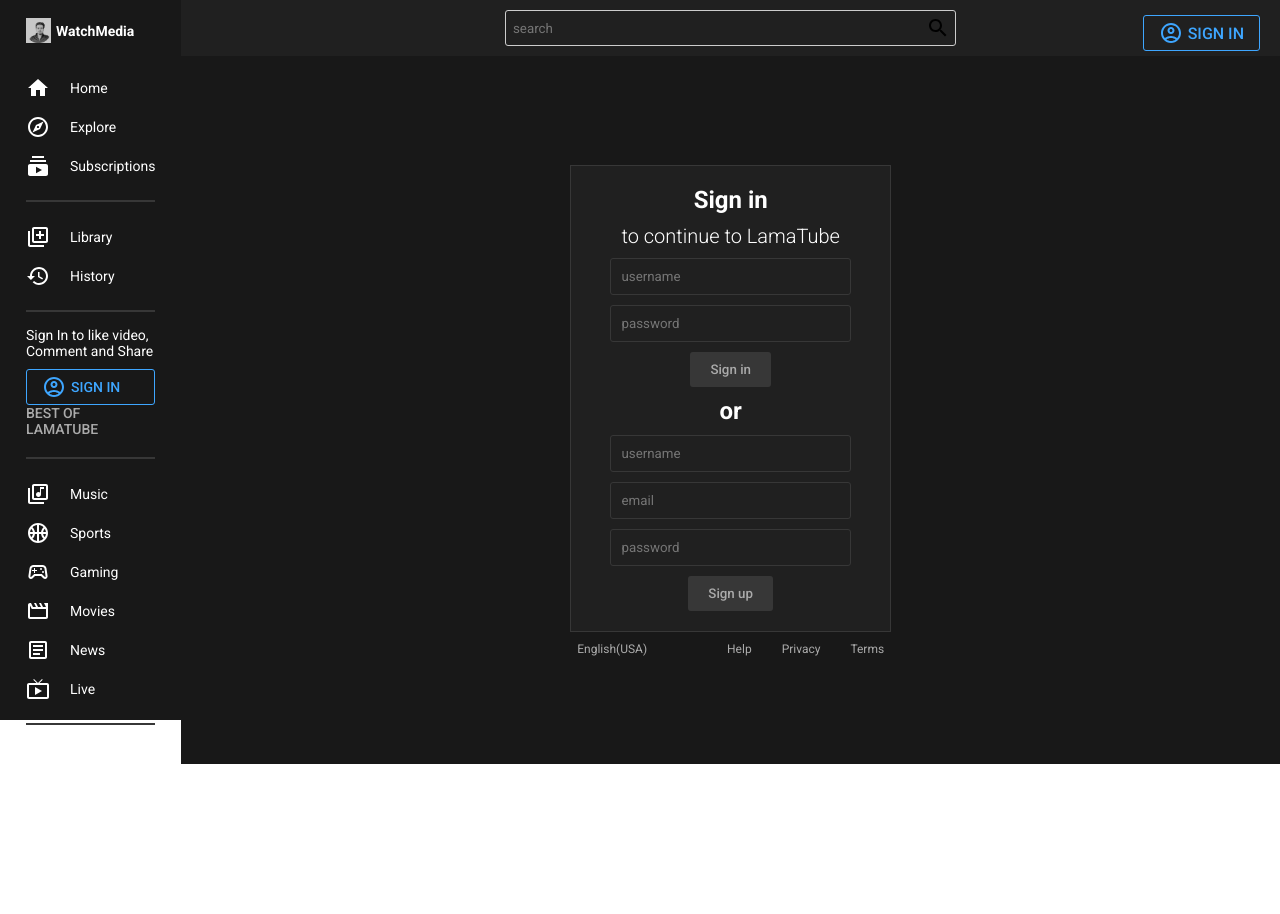
Repository: inzamamahmad3/final-year-project-skeleton
Page: /signin
These files come from the project's save history. The page is drawn as it stood at one moment and after the next save; the edit follows.
The browser window is 1280 px wide. The pictures show the whole page.
The project was rebuilt for these pictures with package versions that can differ from the ones it lists, and the page was loaded fresh each time. Also part of the build but not shown: src/components/Card.jsx, src/pages/Home.jsx, src/components/Comment.jsx, src/components/Comments.jsx, src/pages/Video.jsx.

Above is the page before, as saved 2023-07-21 23:56:42.

After the next save:
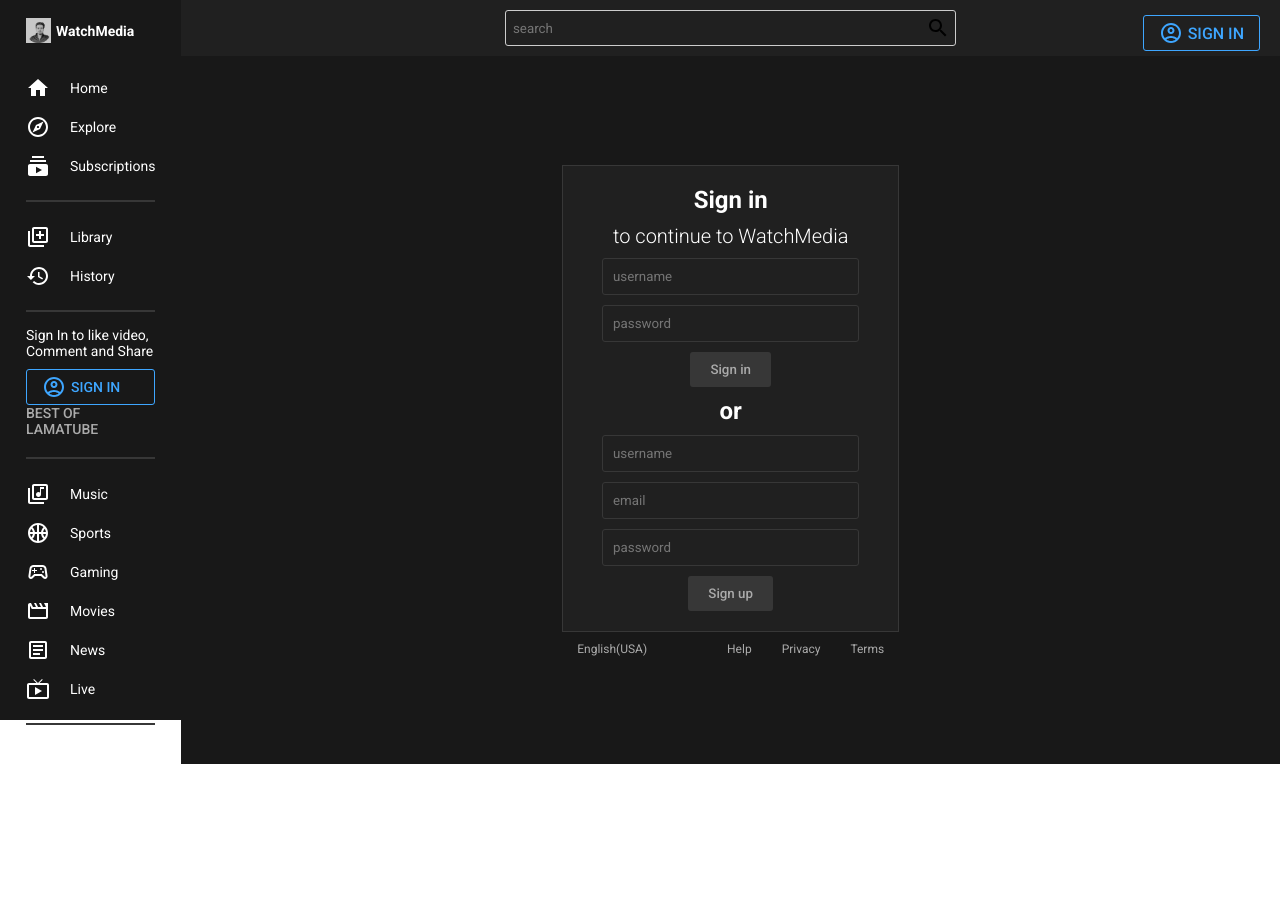
Saved 40 s later.
--- a/src/pages/SignIn.jsx
+++ b/src/pages/SignIn.jsx
@@ -68,7 +68,7 @@ const SignIn = () => {
     <Container>
       <Wrapper>
         <Title>Sign in</Title>
-        <SubTitle>to continue to LamaTube</SubTitle>
+        <SubTitle>to continue to WatchMedia</SubTitle>
         <Input placeholder="username" />
         <Input type="password" placeholder="password" />
         <Button>Sign in</Button>
